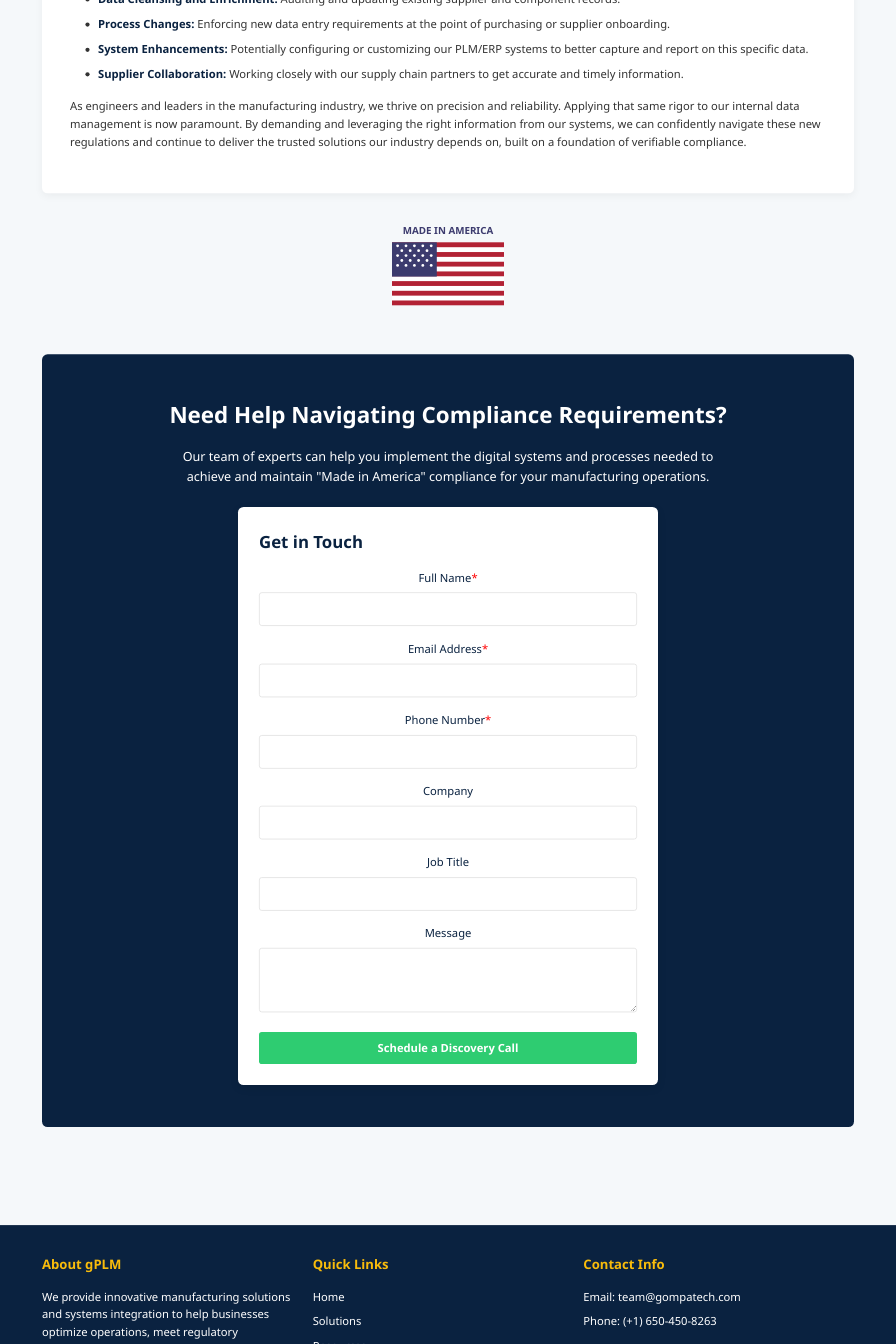
Repository: gompaBlogs/website
Page: mia.html
The author's editor kept a copy of each file at every save. The page is drawn from the files as they stood at one save, then again after the next save.
The browser window is 1280 px wide. The pictures show the part of the page from y = 2273 to 4193 px (the page is 4427 px tall), at 70% of full size.

Above is the page before, as saved 2025-04-30 16:12:42.

After the next save:
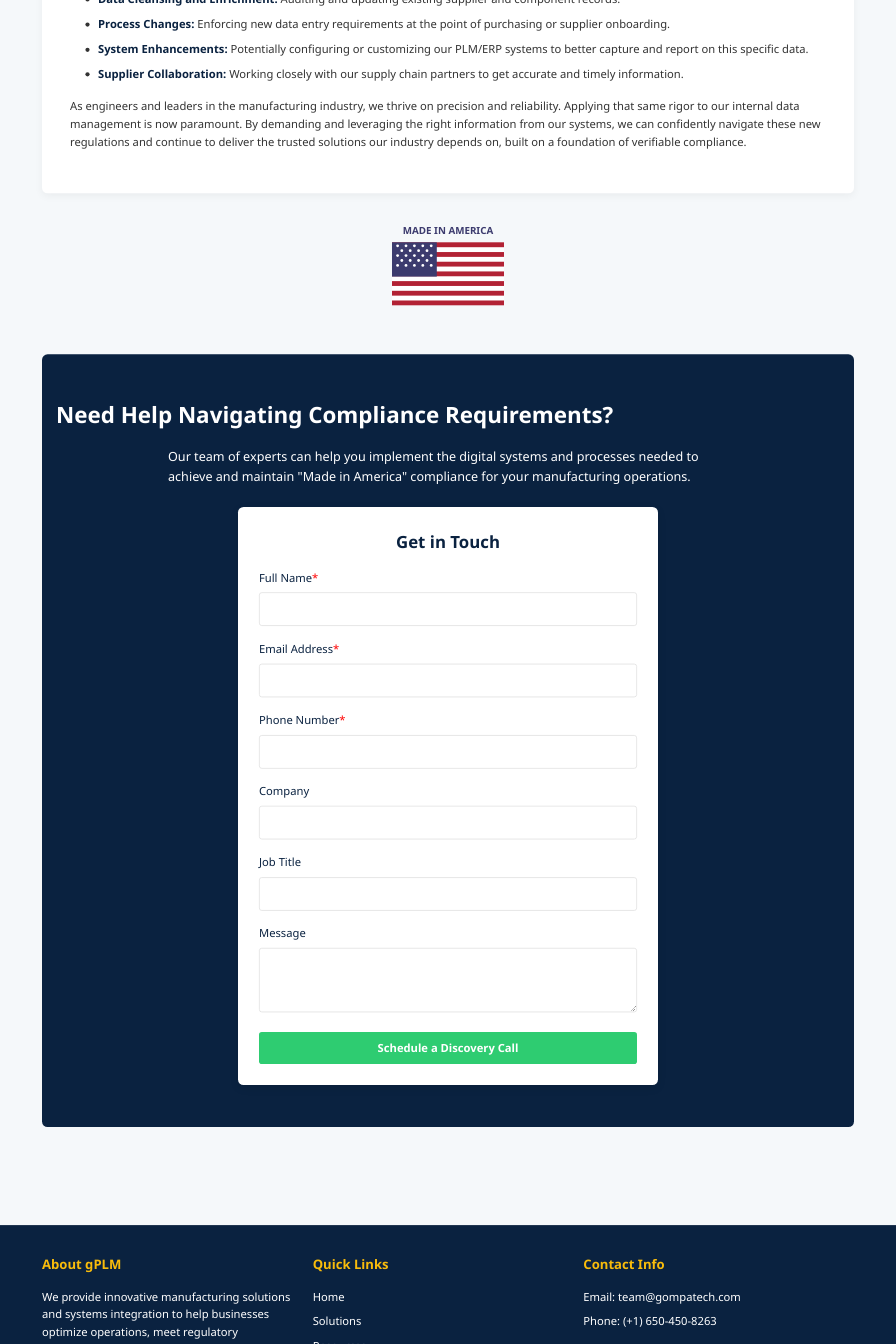
Saved 72 s later.
--- a/mia.html
+++ b/mia.html
@@ -183,7 +183,8 @@
         .cta-section {
             background-color: var(--primary-color);
             color: var(--white);
-            text-align: center;
+            /* text-align: center; */
+            text-align: left;
             padding: 60px 20px;
             border-radius: 8px;
             margin-bottom: 40px;
@@ -215,8 +216,7 @@
             color: var(--primary-color);
             margin-bottom: 20px;
             font-size: 24px;
-            /* text-align: center; */
-            text-align: left;
+            text-align: center;
         }
 
         .form-group {
